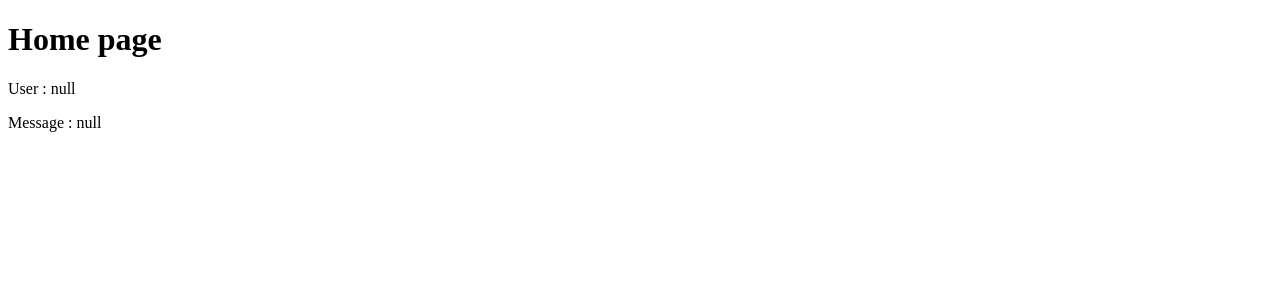
Repository: EverythingOfC/board
Page: http://localhost/servlet_mvc_proj_step02/product/list.jsp
An editor plug-in stored every save of this project. The page is shown before and after the next save, followed by the edit.
The browser window is 1280 px wide. The pictures show the whole page.
The page is served by Tomcat 9. Other server files are loaded and not shown.

Above is the page before, as saved 2022-12-29 09:09:15.

### servlet_mvc_proj_step02/WebContent/product/list.jsp
<%@ page language="java" contentType="text/html; charset=UTF-8"
    pageEncoding="UTF-8"%>
<!DOCTYPE html>
<html>
<head>
<meta charset="UTF-8">
<title>서성준 홈페이지</title>
</head>
<body>

	<h1>Home page</h1>
	<%
		String user = (String)request.getAttribute("user");
		String message = (String)request.getAttribute("message");
	%>
	<p>User : <%=user %></p>
	<p>Message : <%=message %></p>

</body>
</html>

After the next save:
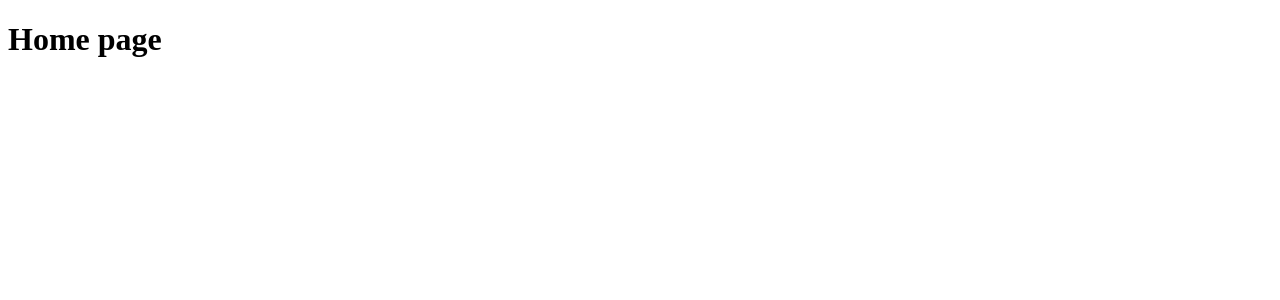
Saved 5 s later.
--- a/servlet_mvc_proj_step02/WebContent/product/list.jsp
+++ b/servlet_mvc_proj_step02/WebContent/product/list.jsp
@@ -9,12 +9,6 @@
 <body>
 
 	<h1>Home page</h1>
-	<%
-		String user = (String)request.getAttribute("user");
-		String message = (String)request.getAttribute("message");
-	%>
-	<p>User : <%=user %></p>
-	<p>Message : <%=message %></p>
 
 </body>
 </html>
